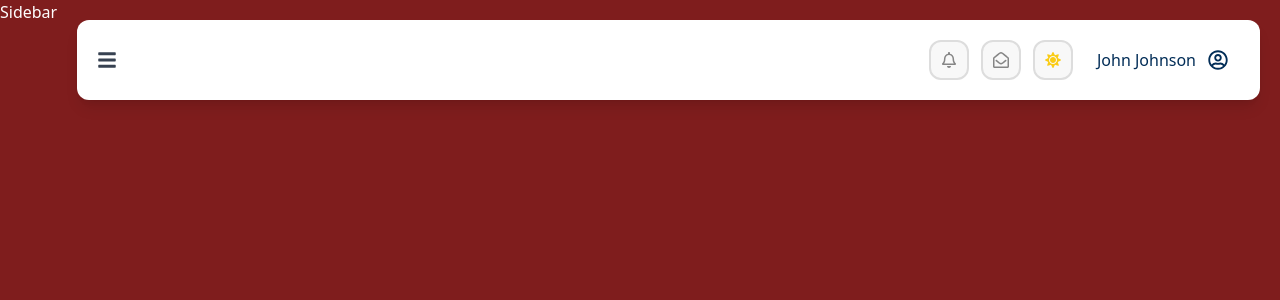
Repository: farrelmuhammad/redesign-bo
Page: /
These files come from the project's save history. The page is drawn as it stood at one moment and after the next save; the edit follows.
The browser window is 1280 px wide. The pictures show the whole page.
The project was rebuilt for these pictures with package versions that can differ from the ones it lists, and the page was loaded fresh each time. Also part of the build but not shown: src/App.css.

Above is the page before, as saved 2024-03-02 19:28:58.

### src/App.tsx
import React from 'react';
import logo from './logo.svg';
import './App.css';
import Navbar from './components/Navbar';
import Sidebar from './components/Sidebar';

function App() {
  return (
    <section className='bg-red-900 h-screen w-screen flex font-poppins text-white'>
      <Sidebar />
      <Navbar />
    </section>
  );
}

export default App;

### src/components/Navbar.tsx
import React from 'react'
import { FaBars, FaMoon, FaRegBell, FaRegEnvelopeOpen, FaRegUserCircle, FaSun } from "react-icons/fa";

const Navbar = () => {
    return (
        <nav className='bg-white h-20 w-full flex flex-row justify-between items-center px-5 m-5 rounded-xl shadow-lg'>
            <div className="flex flex-1 justify-start items-center">
                <button className='text-xl text-gray-700 hover:text-black'>
                    <FaBars />
                </button>
            </div>
            <div className="flex flex-1 flex-row gap-3 justify-end items-end">
                <button className='flex justify-center items-center h-10 w-10 text-[#868686] bg-[#F8F8F8] rounded-xl border-[2px] border-[#DDDDDD] hover:border-gray-500 hover:text-gray-500'>
                    <FaRegBell />
                </button>
                <button className='flex justify-center items-center h-10 w-10 text-[#868686] bg-[#F8F8F8] rounded-xl border-[2px] border-[#DDDDDD] hover:border-gray-500 hover:text-gray-500'>
                    <FaRegEnvelopeOpen />
                </button>
                <button className='flex justify-center items-center h-10 w-10 rounded-xl border-[2px] border-[#DDDDDD] bg-[#F8F8F8] text-yellow-400 hover:border-gray-500 hover:text-yellow-500'>
                    <FaSun />
                    {/* <FaMoon /> */}
                </button>
                <button className='flex flex-row justify-center items-center py-2 px-3 gap-3 text-[#022D57] hover:text-[#1e183a]'>
                    John Johnson <FaRegUserCircle className='text-xl' />
                </button>
            </div>
        </nav>
    )
}

export default Navbar

### src/components/Sidebar.tsx
import React from 'react'

const Sidebar = () => {
  return (
    <aside>Sidebar</aside>
  )
}

export default Sidebar

Loaded but not shown: public/index.html (common file); src/index.tsx (common file); src/index.css (common file); src/reportWebVitals.ts (common file); tailwind.config.js (common file)

After the next save:
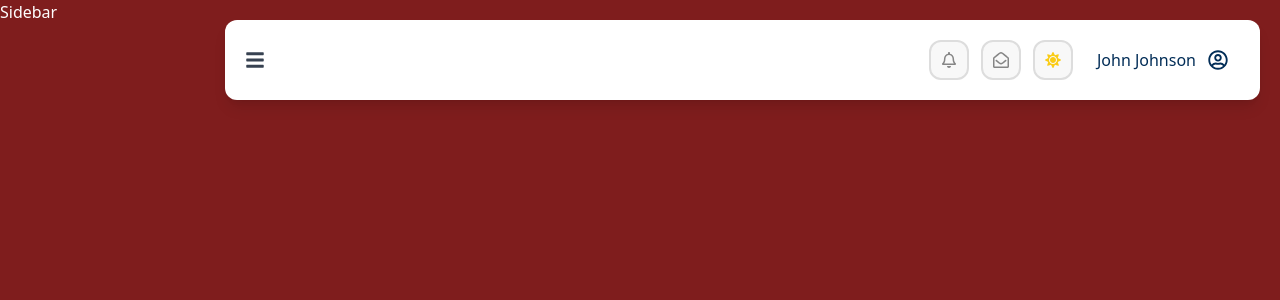
Saved 29 s later.
--- a/src/components/Sidebar.tsx
+++ b/src/components/Sidebar.tsx
@@ -2,7 +2,7 @@ import React from 'react'
 
 const Sidebar = () => {
   return (
-    <aside>Sidebar</aside>
+    <aside className='flex flex-col h-screen w-1/5'>Sidebar</aside>
   )
 }
 
